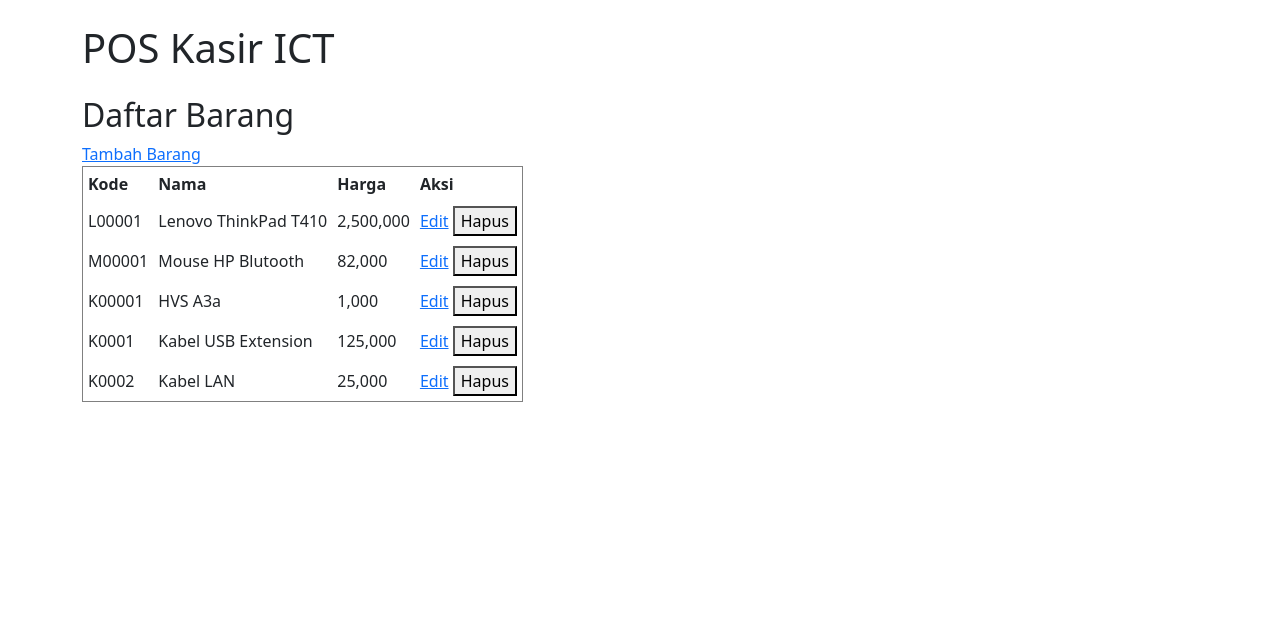
Repository: ekojt7/ekojatmiko_kasir_ict
Page: http://localhost/barangs
The author's editor kept a copy of each file at every save. The page is drawn from the files as they stood at one save, then again after the next save.
The browser window is 1280 px wide. The pictures show the whole page.
The page is served by the project's Laravel application, run on PHP 8.4 with Laravel 12. Other server files are loaded and not shown. The database holds what the project's SQL file puts in it.

Above is the page before, as saved 2025-08-04 20:21:29.

### routes/web.php
<?php

use Illuminate\Support\Facades\Route;
use App\Http\Controllers\BarangController;

Route::resource('barangs', BarangController::class);

### app/Http/Controllers/BarangController.php
<?php

namespace App\Http\Controllers;

use App\Models\Barang;
use Illuminate\Http\Request;

class BarangController extends Controller
{
    public function index()
    {
        $barangs = Barang::all();
        return view('barangs.index', compact('barangs'));
    }

    public function create()
    {
        return view('barangs.create');
    }

    public function store(Request $request)
    {
        $request->validate([
            'kode_barang' => 'required|unique:barangs,kode_barang',
            'nama_barang' => 'required',
            'harga' => 'required|integer|min:0',
        ]);

        Barang::create($request->all());

        return redirect()->route('barangs.index')->with('success', 'Barang berhasil ditambahkan.');
    }

    public function edit(Barang $barang)
    {
        return view('barangs.edit', compact('barang'));
    }

    public function update(Request $request, Barang $barang)
    {
        $request->validate([
            'kode_barang' => 'required|unique:barangs,kode_barang,' . $barang->id,
            'nama_barang' => 'required',
            'harga' => 'required|integer|min:0',
        ]);

        $barang->update($request->all());

        return redirect()->route('barangs.index')->with('success', 'Barang berhasil diperbarui.');
    }

    public function destroy(Barang $barang)
    {
        $barang->delete();
        return redirect()->route('barangs.index')->with('success', 'Barang berhasil dihapus.');
    }
}

### app/Models/Barang.php
<?php

namespace App\Models;

use Illuminate\Database\Eloquent\Factories\HasFactory;
use Illuminate\Database\Eloquent\Model;

class Barang extends Model
{
    use HasFactory;

    protected $fillable = ['kode_barang', 'nama_barang', 'harga'];
}

### resources/views/barangs/index.blade.php
@extends('layout')

@section('content')
<h2>Daftar Barang</h2>
<a href="{{ route('barangs.create') }}">Tambah Barang</a>
@if(session('success'))
    <p style="color: green;">{{ session('success') }}</p>
@endif
<table border="1" cellpadding="5">
    <thead>
        <tr>
            <th>Kode</th>
            <th>Nama</th>
            <th>Harga</th>
            <th>Aksi</th>
        </tr>
    </thead>
    <tbody>
        @foreach($barangs as $barang)
            <tr>
                <td>{{ $barang->kode_barang }}</td>
                <td>{{ $barang->nama_barang }}</td>
                <td>{{ number_format($barang->harga) }}</td>
                <td>
                    <a href="{{ route('barangs.edit', $barang->id) }}">Edit</a>
                    <form action="{{ route('barangs.destroy', $barang->id) }}" method="POST" style="display:inline;">
                        @csrf
                        @method('DELETE')
                        <button onclick="return confirm('Yakin hapus?')">Hapus</button>
                    </form>
                </td>
            </tr>
        @endforeach
    </tbody>
</table>
@endsection

### resources/views/layout.blade.php
<!DOCTYPE html>
<html>
<head>
    <title>POS Kasir ICT</title>
    <link href="https://cdn.jsdelivr.net/npm/bootstrap@5.3.3/dist/css/bootstrap.min.css" rel="stylesheet">
</head>
<body class="container py-4">
    <h1 class="mb-4">POS Kasir ICT</h1>

    @yield('content')

    <script src="https://cdn.jsdelivr.net/npm/bootstrap@5.3.3/dist/js/bootstrap.bundle.min.js"></script>
</body>
</html>

### ekojatmiko_kasir_ict.sql (the tables this page reads)
CREATE TABLE `barangs`  (
  `id` bigint UNSIGNED NOT NULL AUTO_INCREMENT,
  `kode_barang` varchar(255) CHARACTER SET utf8mb4 COLLATE utf8mb4_0900_ai_ci NOT NULL,
  `nama_barang` varchar(255) CHARACTER SET utf8mb4 COLLATE utf8mb4_0900_ai_ci NOT NULL,
  `harga` int NOT NULL,
  `created_at` timestamp NULL DEFAULT NULL,
  `updated_at` timestamp NULL DEFAULT NULL,
  PRIMARY KEY (`id`) USING BTREE,
  UNIQUE INDEX `barangs_kode_barang_unique`(`kode_barang` ASC) USING BTREE
) ENGINE = InnoDB AUTO_INCREMENT = 8 CHARACTER SET = utf8mb4 COLLATE = utf8mb4_0900_ai_ci ROW_FORMAT = Dynamic;

INSERT INTO `barangs` VALUES (1, 'L00001', 'Lenovo ThinkPad T410', 2500000, '2025-08-04 13:18:31', '2025-08-04 13:18:31');

INSERT INTO `barangs` VALUES (2, 'M00001', 'Mouse HP Blutooth', 82000, '2025-08-04 13:19:06', '2025-08-04 13:19:18');

INSERT INTO `barangs` VALUES (4, 'K00001', 'HVS A3a', 1000, '2025-08-04 13:32:08', '2025-08-04 14:24:55');

INSERT INTO `barangs` VALUES (6, 'K0001', 'Kabel USB Extension', 125000, '2025-08-04 15:00:32', '2025-08-04 15:00:32');

INSERT INTO `barangs` VALUES (7, 'K0002', 'Kabel LAN', 25000, '2025-08-04 15:03:09', '2025-08-04 15:03:09');

Loaded but not shown: app/Http/Controllers/Controller.php (common file)

After the next save:
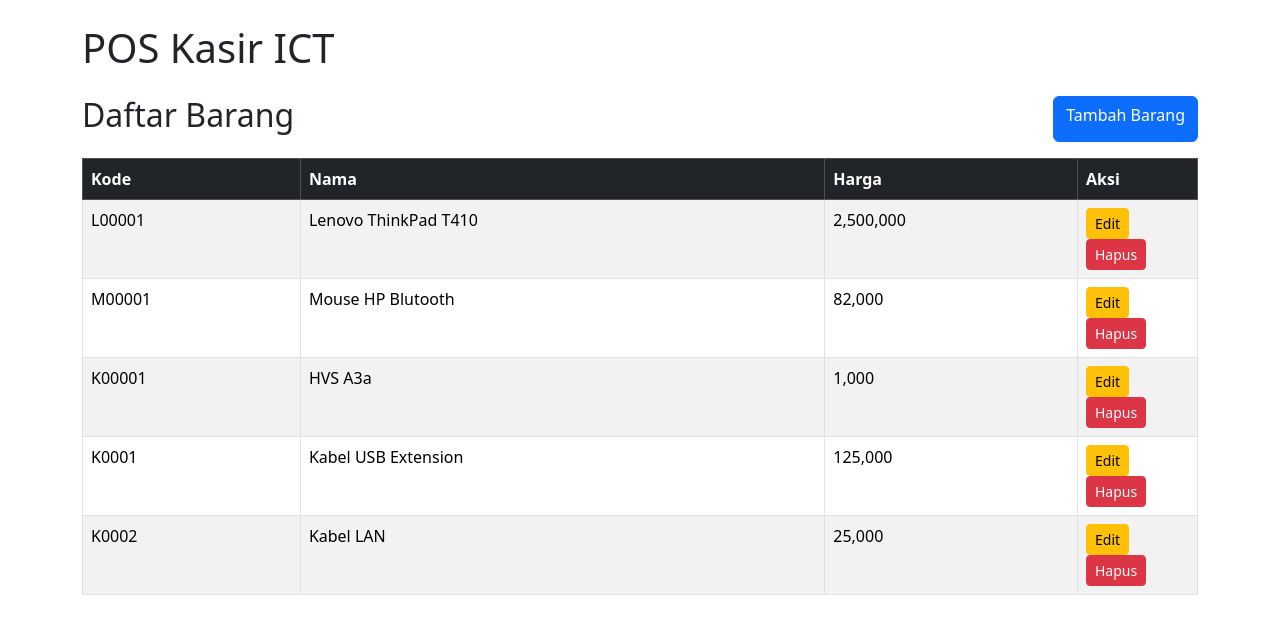
Saved 26 s later.
--- a/resources/views/barangs/index.blade.php
+++ b/resources/views/barangs/index.blade.php
@@ -1,35 +1,39 @@
 @extends('layout')
 
 @section('content')
-<h2>Daftar Barang</h2>
-<a href="{{ route('barangs.create') }}">Tambah Barang</a>
+<div class="d-flex justify-content-between mb-3">
+    <h2>Daftar Barang</h2>
+    <a href="{{ route('barangs.create') }}" class="btn btn-primary">Tambah Barang</a>
+</div>
+
 @if(session('success'))
-    <p style="color: green;">{{ session('success') }}</p>
+    <div class="alert alert-success">{{ session('success') }}</div>
 @endif
-<table border="1" cellpadding="5">
-    <thead>
+
+<table class="table table-bordered table-striped">
+    <thead class="table-dark">
         <tr>
             <th>Kode</th>
             <th>Nama</th>
             <th>Harga</th>
-            <th>Aksi</th>
+            <th style="width: 120px;">Aksi</th>
         </tr>
     </thead>
     <tbody>
         @foreach($barangs as $barang)
-            <tr>
-                <td>{{ $barang->kode_barang }}</td>
-                <td>{{ $barang->nama_barang }}</td>
-                <td>{{ number_format($barang->harga) }}</td>
-                <td>
-                    <a href="{{ route('barangs.edit', $barang->id) }}">Edit</a>
-                    <form action="{{ route('barangs.destroy', $barang->id) }}" method="POST" style="display:inline;">
-                        @csrf
-                        @method('DELETE')
-                        <button onclick="return confirm('Yakin hapus?')">Hapus</button>
-                    </form>
-                </td>
-            </tr>
+        <tr>
+            <td>{{ $barang->kode_barang }}</td>
+            <td>{{ $barang->nama_barang }}</td>
+            <td>{{ number_format($barang->harga) }}</td>
+            <td>
+                <a href="{{ route('barangs.edit', $barang->id) }}" class="btn btn-sm btn-warning">Edit</a>
+                <form action="{{ route('barangs.destroy', $barang->id) }}" method="POST" style="display:inline;">
+                    @csrf
+                    @method('DELETE')
+                    <button onclick="return confirm('Yakin hapus?')" class="btn btn-sm btn-danger">Hapus</button>
+                </form>
+            </td>
+        </tr>
         @endforeach
     </tbody>
 </table>
